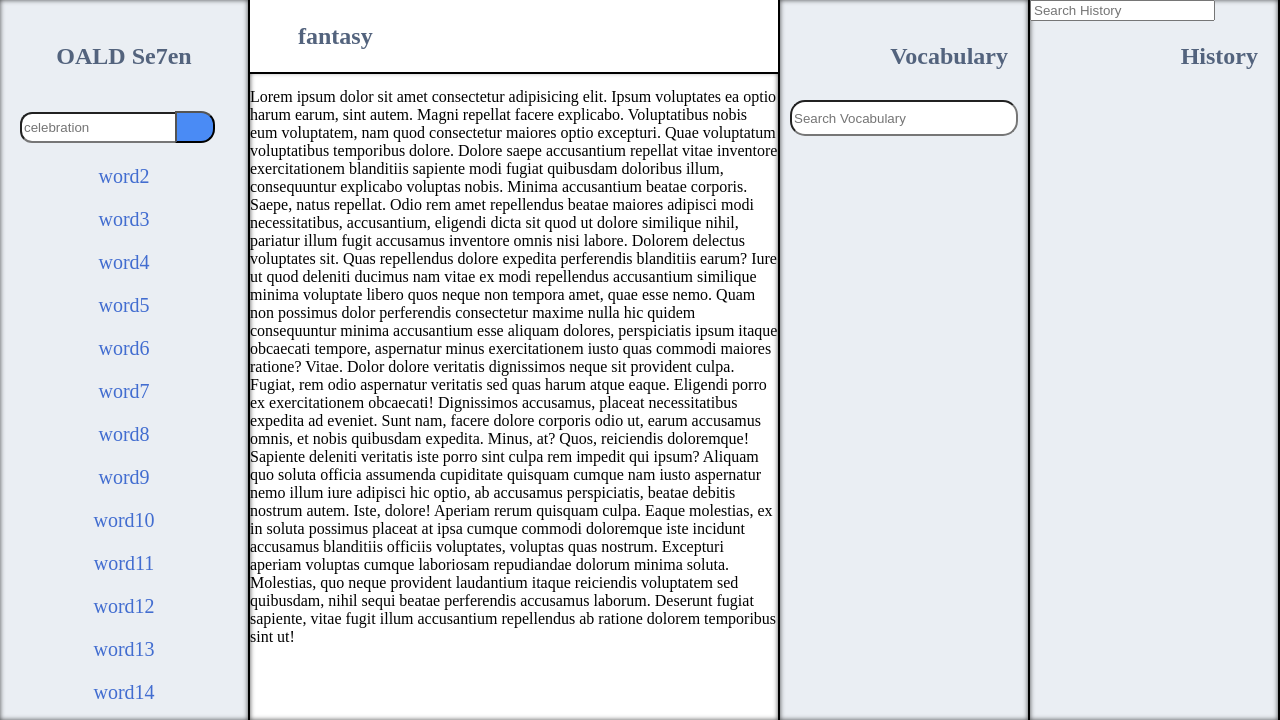
Repository: JJianZ/miao
Page: a.html
The author's editor kept a copy of each file at every save. The page is drawn from the files as they stood at one save, then again after the next save.
The browser window is 1280 px wide. The pictures show the whole page.

Above is the page before, as saved 2021-11-23 10:52:50.

After the next save:
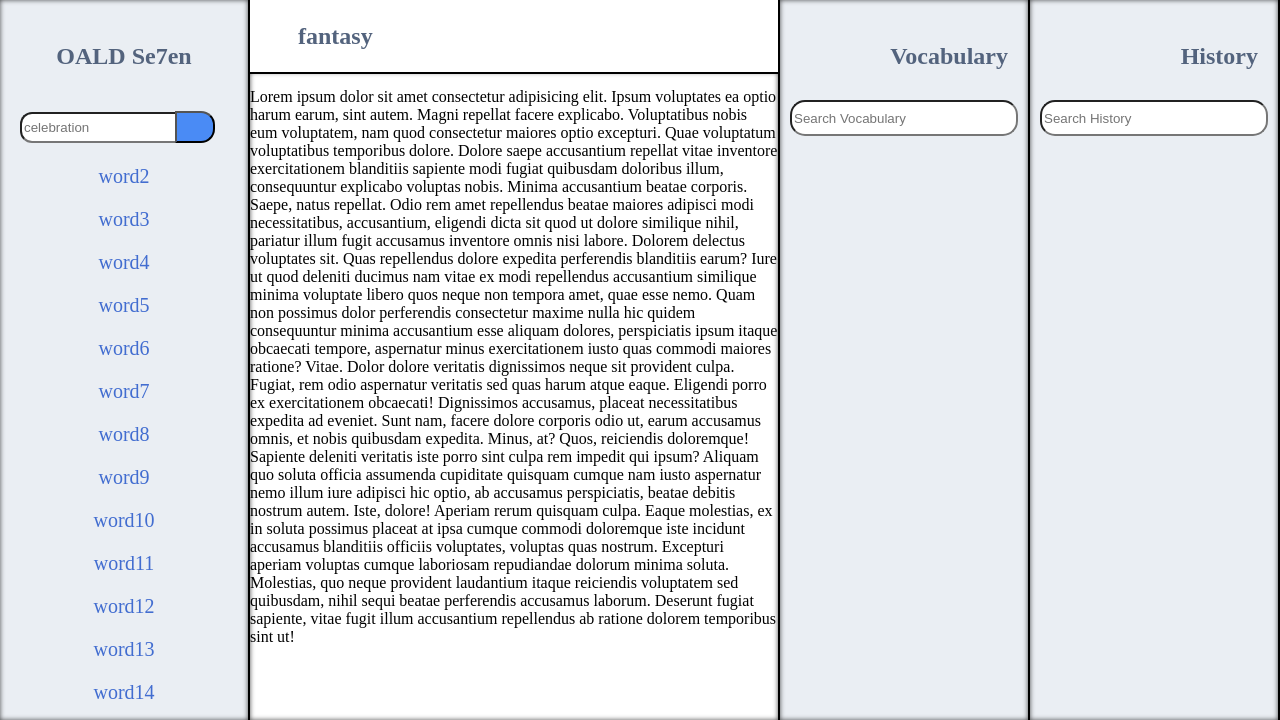
Saved 9 s later.
--- a/a.html
+++ b/a.html
@@ -118,7 +118,7 @@
       position: absolute;
       right: 20px;
     }
-    .second input {
+    .third input {
       position: absolute;
       left:  10px;
       width: 220px;
